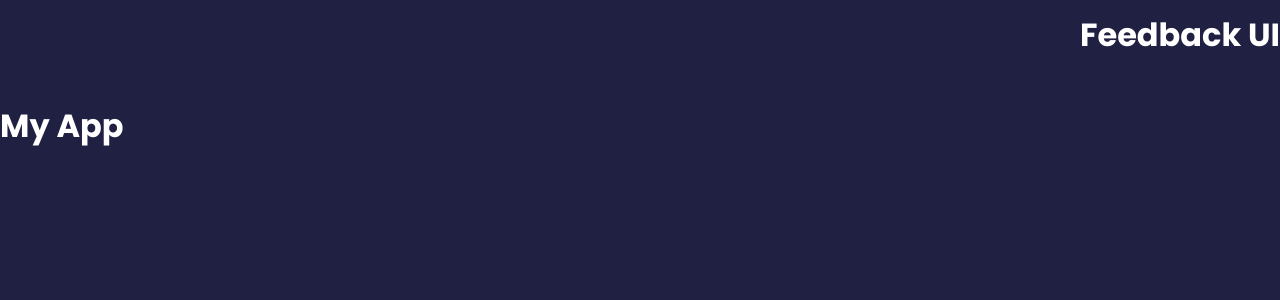
Repository: haokiet2501/feedback-app
Page: /
An editor plug-in stored every save of this project. The page is shown before and after a run of saves, followed by the edit.
The browser window is 1280 px wide. The pictures show the whole page.
The project was rebuilt for these pictures with package versions that can differ from the ones it lists, and the page was loaded fresh each time.

Above is the page before, as saved 2022-02-23 09:03:40.

### public/index.html
<!DOCTYPE html>
<html lang="en">
  <head>
    <meta charset="utf-8" />
    <link rel="icon" href="%PUBLIC_URL%/favicon.ico" />
    <meta name="viewport" content="width=device-width, initial-scale=1" />
    <meta name="theme-color" content="#000000" />
    <meta
      name="description"
      content="Web site created using create-react-app"
    />
    <link rel="apple-touch-icon" href="%PUBLIC_URL%/logo192.png" />

    <link rel="manifest" href="%PUBLIC_URL%/manifest.json" />

    <title>Feedback App</title>
  </head>
  <body>
    <noscript>You need to enable JavaScript to run this app.</noscript>
    <div id="root"></div>

  </body>
</html>

### src/index.js
import React from 'react'
import ReactDOM from 'react-dom'
import App from './App'
import './index.css'
ReactDOM.render (
    <React.StrictMode>
        <App />
    </React.StrictMode>,
    document.getElementById('root')
)

### src/App.js
import Header from "./components/Header"

function App() {
    return (
        <>
            <Header bgColor='red' textColor='blue' />
            <div className="contianer">
                <h1>My App</h1>
            </div>
        </>
    )
}

export default App

### src/components/Header.jsx
import React from 'react'
import ProTypes from 'prop-types'

const Header = ({ text, bgColor, textColor }) => {
  return (
    <header>
        <div className="container">

        </div>
        <h1>{text}</h1>
    </header>
  )
}

Header.defaultProps = {
    text: 'Feedback UI',
}

Header.proTypes = {
    text: ProTypes.string,
}

export default Header

Loaded but not shown: src/index.css (common file)

After the next 3 saves:
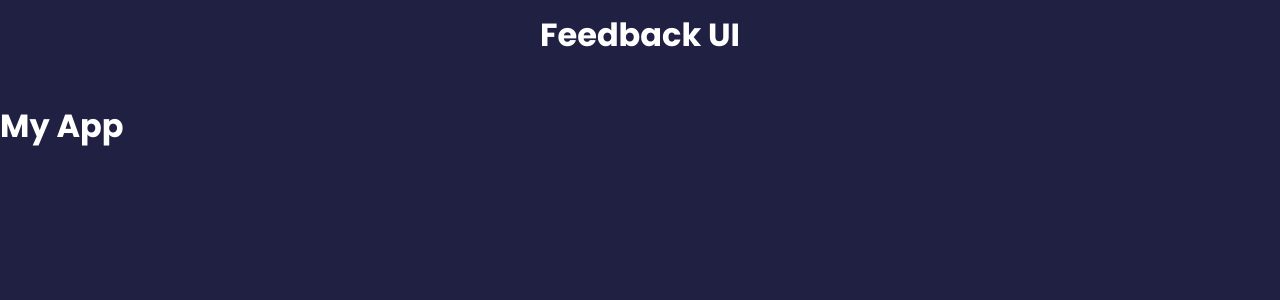
The 3 saves are shown as one change because they came seconds apart.
The last was saved 10 s later.
--- a/src/components/Header.jsx
+++ b/src/components/Header.jsx
@@ -5,9 +5,8 @@ const Header = ({ text, bgColor, textColor }) => {
   return (
     <header>
         <div className="container">
-
+            <h1>{text}</h1>
         </div>
-        <h1>{text}</h1>
     </header>
   )
 }
